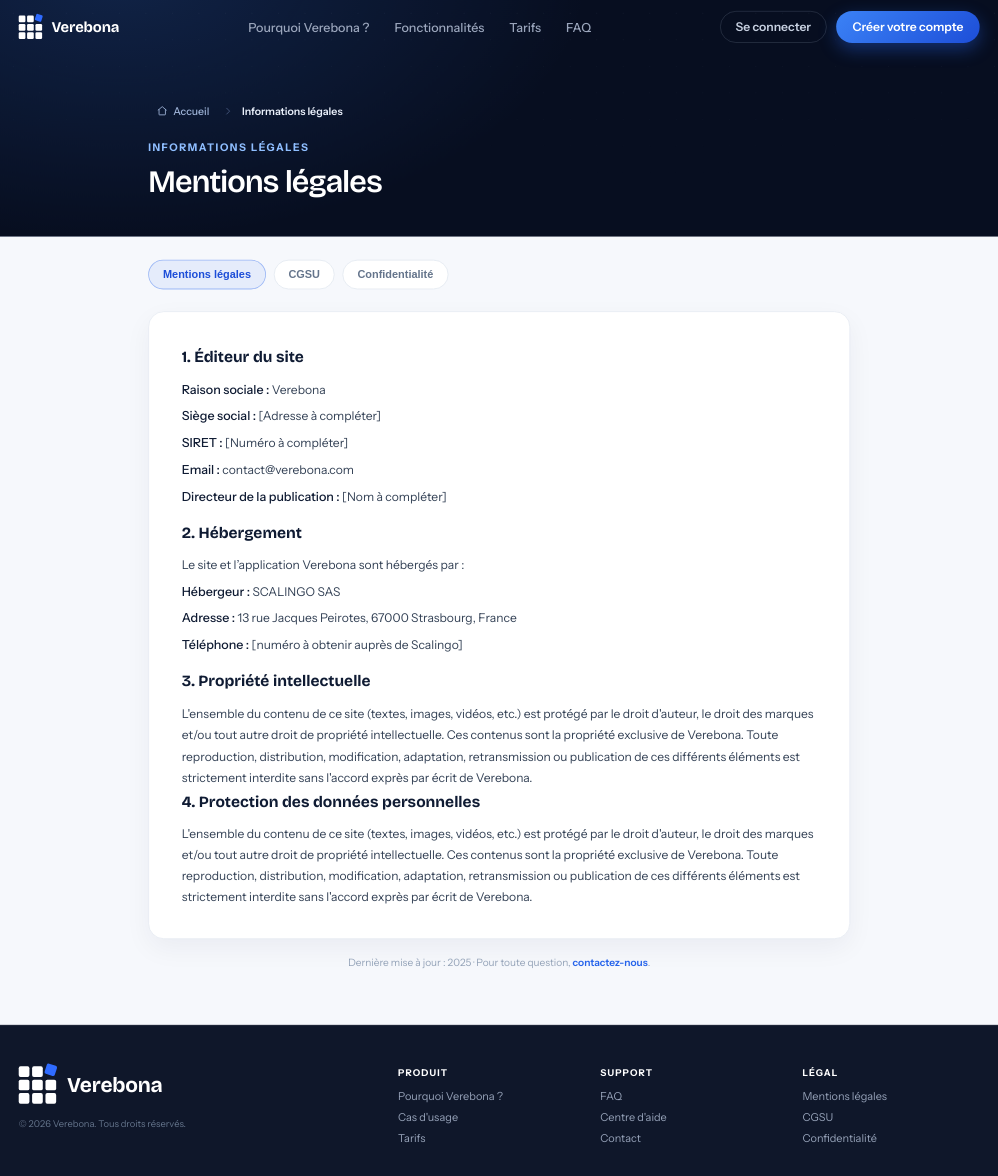
Repository: AdminVerebona/verebona-public
Page: /mentions-legales
An editor plug-in stored every save of this project. The page is shown before and after the next save, followed by the edit.
The browser window is 1280 px wide. The pictures show the whole page, at 78% of full size.
The project was rebuilt for these pictures with package versions that can differ from the ones it lists, and the page was loaded fresh each time. Also part of the build but not shown: next.config.mjs, vite.config.js, vite.config.ts, src/composables/useLanding.ts, src/sections/HeroSection.vue, src/sections/WhySection.vue, src/sections/UseCasesSection.vue, src/sections/FeaturesSection.vue and 6 more.

Above is the page before, as saved 2026-07-10 15:16:28.

### index.html
<!doctype html>
<html lang="fr">
  <head>
    <meta charset="UTF-8" />
    <meta name="viewport" content="width=device-width, initial-scale=1.0" />
    <title>Verebona — Centralisez, organisez, valorisez vos biens</title>
    <meta
      name="description"
      content="Verebona centralise vos biens, documents et échéances pour les retrouver facilement, anticiper les dates importantes et valoriser vos biens le moment venu."
    />
  </head>
  <body>
    <div id="app"></div>
    <script type="module" src="/src/main.ts"></script>
  </body>
</html>

### src/main.ts
import { createApp } from 'vue'
import App from './App.vue'
import router from './router'
import { vHover } from './directives/hover'
import './style.css'

createApp(App)
  .use(router)
  .directive('hover', vHover)
  .mount('#app')

### src/App.vue
<template>
  <div style="background:#070E20;color:#EAF0FB;overflow-x:hidden;min-height:100vh">
    <AppHeader />
    <router-view />
    <AppFooter />
  </div>
</template>

<script setup lang="ts">
import { onMounted, watch, nextTick } from 'vue'
import { useRoute } from 'vue-router'
import AppHeader from './components/AppHeader.vue'
import AppFooter from './components/AppFooter.vue'
import { useScrollReveal } from './composables/useScrollReveal'

const route = useRoute()
const { scan } = useScrollReveal()

onMounted(() => { scan() })

// Re-scan reveal targets whenever the route (page) changes.
watch(
  () => route.fullPath,
  () => { nextTick(() => setTimeout(scan, 60)) },
)
</script>

### src/router/index.ts
import { createRouter, createWebHistory } from 'vue-router'
import HomeView from '../views/HomeView.vue'

const routes = [
  { path: '/', name: 'home', component: HomeView },
  { path: '/aide', name: 'help', component: () => import('../views/HelpView.vue') },
  { path: '/contact', name: 'contact', component: () => import('../views/ContactView.vue') },
  { path: '/mentions-legales', name: 'legal-mentions', component: () => import('../views/LegalView.vue') },
  { path: '/cgu', name: 'legal-cgu', component: () => import('../views/LegalView.vue') },
  { path: '/confidentialite', name: 'legal-confid', component: () => import('../views/LegalView.vue') },
  { path: '/:pathMatch(.*)*', name: 'not-found', component: () => import('../views/NotFoundView.vue') },
]

const router = createRouter({
  history: createWebHistory(),
  routes,
  scrollBehavior(to) {
    if (to.hash) return { el: to.hash, behavior: 'smooth' }
    return { top: 0 }
  },
})

export default router

### src/directives/hover.ts
import type { Directive } from 'vue'

/**
 * v-hover — applies a set of inline styles while the pointer is over the
 * element, and restores the previous values on leave. Reproduces the
 * `style-hover` behaviour of the design prototype.
 *
 * Usage:  <a v-hover="{ color: '#fff', transform: 'translateY(-1px)' }">
 */
type HoverStyles = Record<string, string>

interface HoverEl extends HTMLElement {
  __hoverEnter?: () => void
  __hoverLeave?: () => void
}

export const vHover: Directive<HoverEl, HoverStyles> = {
  mounted(el, binding) {
    const styles = binding.value || {}
    const original: HoverStyles = {}

    const enter = () => {
      for (const key in styles) {
        original[key] = (el.style as any)[key]
        ;(el.style as any)[key] = styles[key]
      }
    }
    const leave = () => {
      for (const key in styles) {
        ;(el.style as any)[key] = original[key] || ''
      }
    }

    el.__hoverEnter = enter
    el.__hoverLeave = leave
    el.addEventListener('mouseenter', enter)
    el.addEventListener('mouseleave', leave)
  },
  unmounted(el) {
    if (el.__hoverEnter) el.removeEventListener('mouseenter', el.__hoverEnter)
    if (el.__hoverLeave) el.removeEventListener('mouseleave', el.__hoverLeave)
  },
}

### src/composables/useScrollReveal.ts
/**
 * Scroll-reveal: adds `.vb-in` to `.vb-reveal` / `.vb-rgroup` elements as they
 * enter the viewport (staggering the children of a group). Ported from the
 * prototype's IntersectionObserver logic. Honours prefers-reduced-motion and
 * has a safety timeout so content is never left hidden.
 */
let io: IntersectionObserver | null = null

const reduce =
  typeof window !== 'undefined' &&
  !!window.matchMedia &&
  window.matchMedia('(prefers-reduced-motion: reduce)').matches

if (!reduce && typeof document !== 'undefined') {
  document.documentElement.classList.add('vb-anim')
}

function revealAll() {
  document.querySelectorAll('.vb-reveal').forEach((e) => e.classList.add('vb-in'))
  document.querySelectorAll('.vb-rgroup > *').forEach((e) => e.classList.add('vb-in'))
}

function ensureObserver() {
  if (io || reduce || typeof window === 'undefined' || !('IntersectionObserver' in window)) return
  io = new IntersectionObserver(
    (entries) => {
      entries.forEach((entry) => {
        if (!entry.isIntersecting) return
        const el = entry.target as HTMLElement
        io!.unobserve(el)
        if (el.classList.contains('vb-rgroup')) {
          Array.from(el.children).forEach((c, i) => {
            ;(c as HTMLElement).style.transitionDelay = i * 90 + 'ms'
            c.classList.add('vb-in')
          })
        } else {
          el.classList.add('vb-in')
        }
      })
    },
    { threshold: 0.12, rootMargin: '0px 0px -8% 0px' },
  )
}

export function useScrollReveal() {
  function scan() {
    if (reduce || typeof window === 'undefined' || !('IntersectionObserver' in window)) {
      revealAll()
      return
    }
    ensureObserver()
    document.querySelectorAll('.vb-reveal, .vb-rgroup').forEach((el) => io!.observe(el))
    // Safety net: never leave content hidden.
    window.setTimeout(revealAll, 2200)
  }
  return { scan }
}

### src/views/LegalView.vue
<template>
<section style="position:relative;padding:128px 24px 48px;overflow:hidden;background:radial-gradient(1000px 560px at 12% -10%,rgba(59,130,246,.18),transparent 60%),#070E20">
  <div style="position:absolute;inset:0;background-image:radial-gradient(rgba(148,163,184,.09) 1px,transparent 1px);background-size:34px 34px;-webkit-mask-image:linear-gradient(to bottom,#000,transparent 85%);mask-image:linear-gradient(to bottom,#000,transparent 85%);pointer-events:none"></div>
  <div style="max-width:900px;margin:0 auto;position:relative">
    <nav aria-label="Fil d'Ariane" style="margin-bottom:24px"><ol style="display:flex;align-items:center;gap:6px;list-style:none;margin:0;padding:0;font-size:13.5px"><li style="display:flex;align-items:center"><a href="#" @click.prevent="goHome" style="display:inline-flex;align-items:center;gap:7px;color:#9FB4D8;font-weight:500;padding:6px 11px;border-radius:9px;cursor:pointer;transition:color .15s,background .15s" v-hover="{color:'#fff',background:'rgba(255,255,255,.06)'}"><svg width="14" height="14" viewBox="0 0 24 24" fill="none" stroke="currentColor" stroke-width="1.9" stroke-linecap="round" stroke-linejoin="round"><path d="M3 10.5 12 3l9 7.5"/><path d="M5 9.5V20a1 1 0 0 0 1 1h12a1 1 0 0 0 1-1V9.5"/></svg>Accueil</a></li><li aria-hidden="true" style="display:flex;color:#42557A"><svg width="15" height="15" viewBox="0 0 24 24" fill="none" stroke="currentColor" stroke-width="2" stroke-linecap="round" stroke-linejoin="round"><path d="M9 6l6 6-6 6"/></svg></li><li aria-current="page" style="color:#EAF0FB;font-weight:600;padding:6px 4px">{{ crumbLabel }}</li></ol></nav>
    <div style="font-size:13.5px;letter-spacing:.15em;text-transform:uppercase;font-weight:800;color:#8FBEFF;margin-bottom:16px">Informations légales</div>
    <h1 style="font-size:40px;line-height:1.08;font-weight:600;letter-spacing:-.025em;color:#fff">{{ legalTitle }}</h1>
  </div>
</section>
<section style="background:#F6F8FC;padding:30px 24px 72px">
  <div style="max-width:900px;margin:0 auto">
    <div style="display:flex;flex-wrap:wrap;gap:10px;margin-bottom:28px">
      <button type="button" :style="legalMentionsStyle" @click.prevent="goMentions">Mentions légales</button>
      <button type="button" :style="legalCGUStyle" @click.prevent="goCGU">CGSU</button>
      <button type="button" :style="legalConfidStyle" @click.prevent="goConfid">Confidentialité</button>
    </div>
    <div style="background:#fff;border:1px solid #E6EBF3;border-radius:20px;padding:40px 42px;box-shadow:0 12px 34px rgba(15,27,51,.05)">
      <template v-if="isMentions">
        <div style="font-size:15.5px;line-height:1.75;color:#334155">
          <h2 style="font-size:20px;font-weight:700;color:#0F1B33;font-family:'Bricolage Grotesque',sans-serif;margin:0 0 10px">1. Éditeur du site</h2>
          <p style="margin:0 0 6px"><span style="font-size:16px;font-weight:500;color:#0F1B33">Raison sociale :</span> Verebona</p>
          <p style="margin:0 0 6px"><span style="font-size:16px;font-weight:500;color:#0F1B33">Siège social :</span> [Adresse à compléter]</p>
          <p style="margin:0 0 6px"><span style="font-size:16px;font-weight:500;color:#0F1B33">SIRET :</span> [Numéro à compléter]</p>
          <p style="margin:0 0 6px"><span style="font-size:16px;font-weight:500;color:#0F1B33">Email :</span> contact@verebona.com</p>
          <p style="margin:0 0 16px"><span style="font-size:16px;font-weight:500;color:#0F1B33">Directeur de la publication :</span> [Nom à compléter]</p>
          <h2 style="font-size:20px;font-weight:700;color:#0F1B33;font-family:'Bricolage Grotesque',sans-serif;margin:0 0 10px">2. Hébergement</h2>
          <p style="margin:0 0 6px">Le site et l’application Verebona sont hébergés par : </p>
          <p style="margin:0 0 6px"><span style="font-size:16px;font-weight:500;color:#0F1B33">Hébergeur :</span> SCALINGO SAS</p>
          <p style="margin:0 0 6px"><span style="font-size:16px;font-weight:500;color:#0F1B33">Adresse :</span> 13 rue Jacques Peirotes, 67000 Strasbourg, France</p>
          <p style="margin:0 0 16px"><span style="font-size:16px;font-weight:500;color:#0F1B33">Téléphone :</span> [numéro à obtenir auprès de Scalingo]</p>
          <h2 style="font-size:20px;font-weight:700;color:#0F1B33;font-family:'Bricolage Grotesque',sans-serif;margin:0 0 10px">3. Propriété intellectuelle</h2>
          <p style="margin:0">L'ensemble du contenu de ce site (textes, images, vidéos, etc.) est protégé par le droit d'auteur, le droit des marques et/ou tout autre droit de propriété intellectuelle. Ces contenus sont la propriété exclusive de Verebona. Toute reproduction, distribution, modification, adaptation, retransmission ou publication de ces différents éléments est strictement interdite sans l'accord exprès par écrit de Verebona.</p>
        <h2 style="font-size:20px;font-weight:700;color:#0F1B33;font-family:'Bricolage Grotesque',sans-serif;margin:0 0 10px">4. Protection des données personnelles</h2>
          <p style="margin:0">L'ensemble du contenu de ce site (textes, images, vidéos, etc.) est protégé par le droit d'auteur, le droit des marques et/ou tout autre droit de propriété intellectuelle. Ces contenus sont la propriété exclusive de Verebona. Toute reproduction, distribution, modification, adaptation, retransmission ou publication de ces différents éléments est strictement interdite sans l'accord exprès par écrit de Verebona.</p>

        </div>
      </template>
      <template v-if="isCGU">
        <div style="font-size:15.5px;line-height:1.75;color:#334155">
          <h2 style="font-size:20px;font-weight:700;color:#0F1B33;font-family:'Bricolage Grotesque',sans-serif;margin:0 0 10px">1. Objet</h2>
          <p style="margin:0 0 22px">Les présentes conditions générales de service et d'utilisation (CGSU) définissent les modalités d'accès et d'utilisation de la plateforme Verebona, service de centralisation et d'organisation documentaire du patrimoine.</p>
          <h2 style="font-size:20px;font-weight:700;color:#0F1B33;font-family:'Bricolage Grotesque',sans-serif;margin:0 0 10px">2. Compte et abonnement</h2>
          <p style="margin:0 0 22px">L'accès au service nécessite la création d'un compte et la souscription d'une offre. L'utilisateur s'engage à fournir des informations exactes et à préserver la confidentialité de ses identifiants.</p>
          <h2 style="font-size:20px;font-weight:700;color:#0F1B33;font-family:'Bricolage Grotesque',sans-serif;margin:0 0 10px">3. Nature du service</h2>
          <p style="margin:0 0 22px">Verebona est une plateforme d'organisation. Les documents importés ne sont ni certifiés, ni validés, ni garantis juridiquement. L'utilisateur reste seul responsable de l'exactitude des informations qu'il enregistre.</p>
          <h2 style="font-size:20px;font-weight:700;color:#0F1B33;font-family:'Bricolage Grotesque',sans-serif;margin:0 0 10px">4. Responsabilités</h2>
          <p style="margin:0 0 22px">Verebona met en œuvre les moyens raisonnables pour assurer la disponibilité et la sécurité du service, sans obligation de résultat concernant une disponibilité ininterrompue.</p>
          <h2 style="font-size:20px;font-weight:700;color:#0F1B33;font-family:'Bricolage Grotesque',sans-serif;margin:0 0 10px">5. Résiliation</h2>
          <p style="margin:0">L'utilisateur peut résilier son abonnement à tout moment. Des modalités de récupération des données sont prévues afin d'éviter tout verrouillage à la fin du contrat.</p>
        </div>
      </template>
      <template v-if="isConfid">
        <div style="font-size:15.5px;line-height:1.75;color:#334155">
          <h2 style="font-size:20px;font-weight:700;color:#0F1B33;font-family:'Bricolage Grotesque',sans-serif;margin:0 0 10px">Données collectées</h2>
          <p style="margin:0 0 22px">Verebona collecte les données nécessaires au fonctionnement du service : informations de compte, contenus importés (fiches de biens, documents) et données d'usage strictement utiles à l'amélioration du service.</p>
          <h2 style="font-size:20px;font-weight:700;color:#0F1B33;font-family:'Bricolage Grotesque',sans-serif;margin:0 0 10px">Finalités</h2>
          <p style="margin:0 0 22px">Les données sont traitées pour fournir le service, assurer la sécurité, et répondre aux obligations légales. Elles ne sont jamais cédées à des tiers à des fins commerciales.</p>
          <h2 style="font-size:20px;font-weight:700;color:#0F1B33;font-family:'Bricolage Grotesque',sans-serif;margin:0 0 10px">Sécurité</h2>
          <p style="margin:0 0 22px">Vos données sont chiffrées lors du stockage et des échanges, et hébergées sur une infrastructure sécurisée au sein de l'Union européenne.</p>
          <h2 style="font-size:20px;font-weight:700;color:#0F1B33;font-family:'Bricolage Grotesque',sans-serif;margin:0 0 10px">Vos droits</h2>
          <p style="margin:0">Conformément au RGPD, vous disposez d'un droit d'accès, de rectification, de portabilité et de suppression de vos données. Pour exercer ces droits, écrivez à contact@verebona.com.</p>
        </div>
      </template>
    </div>
    <p style="font-size:13px;color:#94A3B8;margin-top:22px;text-align:center">Dernière mise à jour : 2025 · Pour toute question, <a href="#" @click.prevent="goContact" style="color:#2563EB;font-weight:600">contactez-nous</a>.</p>
  </div>
</section>
</template>

<script setup lang="ts">
import { useLegal } from '../composables/useLegal'
import { useNav } from '../composables/useNav'
const { isMentions, isCGU, isConfid, legalTitle, legalMentionsStyle, legalCGUStyle, legalConfidStyle, crumbLabel } = useLegal()
const { goHome, goContact, goMentions, goCGU, goConfid } = useNav()
</script>

### src/composables/useNav.ts
import { ref, computed, nextTick } from 'vue'
import { useRouter, useRoute } from 'vue-router'

// Shared across header + footer + mobile menu.
const menuOpen = ref(false)

/**
 * useNav — header/footer navigation. Page links use vue-router; the four
 * in-page section links (Pourquoi / Fonctionnalités / Tarifs / FAQ) route to
 * home first if needed, then smooth-scroll to the anchor.
 */
export function useNav() {
  const router = useRouter()
  const route = useRoute()

  const toggleMenu = () => { menuOpen.value = !menuOpen.value }
  const closeMenu = () => { menuOpen.value = false }

  function scrollToId(id: string) {
    const el = document.getElementById(id)
    if (el && el.scrollIntoView) {
      try { el.scrollIntoView({ behavior: 'smooth', block: 'start' }) } catch { /* noop */ }
    }
  }
  function goToAnchor(id: string) {
    closeMenu()
    if (route.path !== '/') {
      router.push('/').then(() => nextTick(() => setTimeout(() => scrollToId(id), 80)))
    } else {
      scrollToId(id)
    }
  }

  const goHome = () => { closeMenu(); router.push('/') }
  const goAide = () => { closeMenu(); router.push('/aide') }
  const goContact = () => { closeMenu(); router.push('/contact') }
  const goMentions = () => { closeMenu(); router.push('/mentions-legales') }
  const goCGU = () => { closeMenu(); router.push('/cgu') }
  const goConfid = () => { closeMenu(); router.push('/confidentialite') }

  const navPourquoi = () => goToAnchor('pourquoi')
  const navFeatures = () => goToAnchor('features')
  const navPricing = () => goToAnchor('pricing')
  const navFaq = () => goToAnchor('faq')
  const navCasUsage = () => goToAnchor('cas-usage')

  const burgerBase = 'display:block;width:20px;height:2px;border-radius:2px;background:#fff;transition:transform .25s,opacity .25s;'
  const burgerTop = computed(() => burgerBase + 'transform:' + (menuOpen.value ? 'translateY(6px) rotate(45deg)' : 'none'))
  const burgerMid = computed(() => burgerBase + 'opacity:' + (menuOpen.value ? '0' : '1'))
  const burgerBot = computed(() => burgerBase + 'transform:' + (menuOpen.value ? 'translateY(-6px) rotate(-45deg)' : 'none'))

  return {
    menuOpen, toggleMenu, closeMenu,
    goHome, goAide, goContact, goMentions, goCGU, goConfid,
    navPourquoi, navFeatures, navPricing, navFaq, navCasUsage,
    burgerTop, burgerMid, burgerBot,
  }
}

### src/composables/useLegal.ts
import { computed } from 'vue'
import { useRoute } from 'vue-router'

/**
 * Legal page — a single view with three tabs (mentions / cgu / confid),
 * each mapped to its own route so they are independently linkable & indexable:
 *   /mentions-legales   /cgu   /confidentialite
 */
export function useLegal() {
  const route = useRoute()

  const tab = computed<'mentions' | 'cgu' | 'confid'>(() => {
    if (route.path.includes('cgu')) return 'cgu'
    if (route.path.includes('confidentialite')) return 'confid'
    return 'mentions'
  })

  const isMentions = computed(() => tab.value === 'mentions')
  const isCGU = computed(() => tab.value === 'cgu')
  const isConfid = computed(() => tab.value === 'confid')

  const legalTitle = computed(() =>
    tab.value === 'cgu'
      ? "Conditions générales de service et d'utilisation"
      : tab.value === 'confid'
        ? 'Politique de confidentialité'
        : 'Mentions légales',
  )

  const tabStyle = (a: boolean) =>
    `padding:10px 18px;border-radius:999px;font-size:14px;font-weight:600;cursor:pointer;border:1px solid ${a ? 'rgba(37,99,235,.4)' : '#E2E8F0'};background:${a ? 'rgba(37,99,235,.08)' : '#fff'};color:${a ? '#1D4ED8' : '#64748B'};transition:all .15s`

  const legalMentionsStyle = computed(() => tabStyle(isMentions.value))
  const legalCGUStyle = computed(() => tabStyle(isCGU.value))
  const legalConfidStyle = computed(() => tabStyle(isConfid.value))

  return {
    isMentions, isCGU, isConfid, legalTitle,
    legalMentionsStyle, legalCGUStyle, legalConfidStyle,
    crumbLabel: 'Informations légales',
  }
}

Loaded but not shown: src/components/AppHeader.vue (68 lines, source omitted); src/components/AppFooter.vue (21 lines, source omitted); src/style.css (59 lines, source omitted)

After the next save:
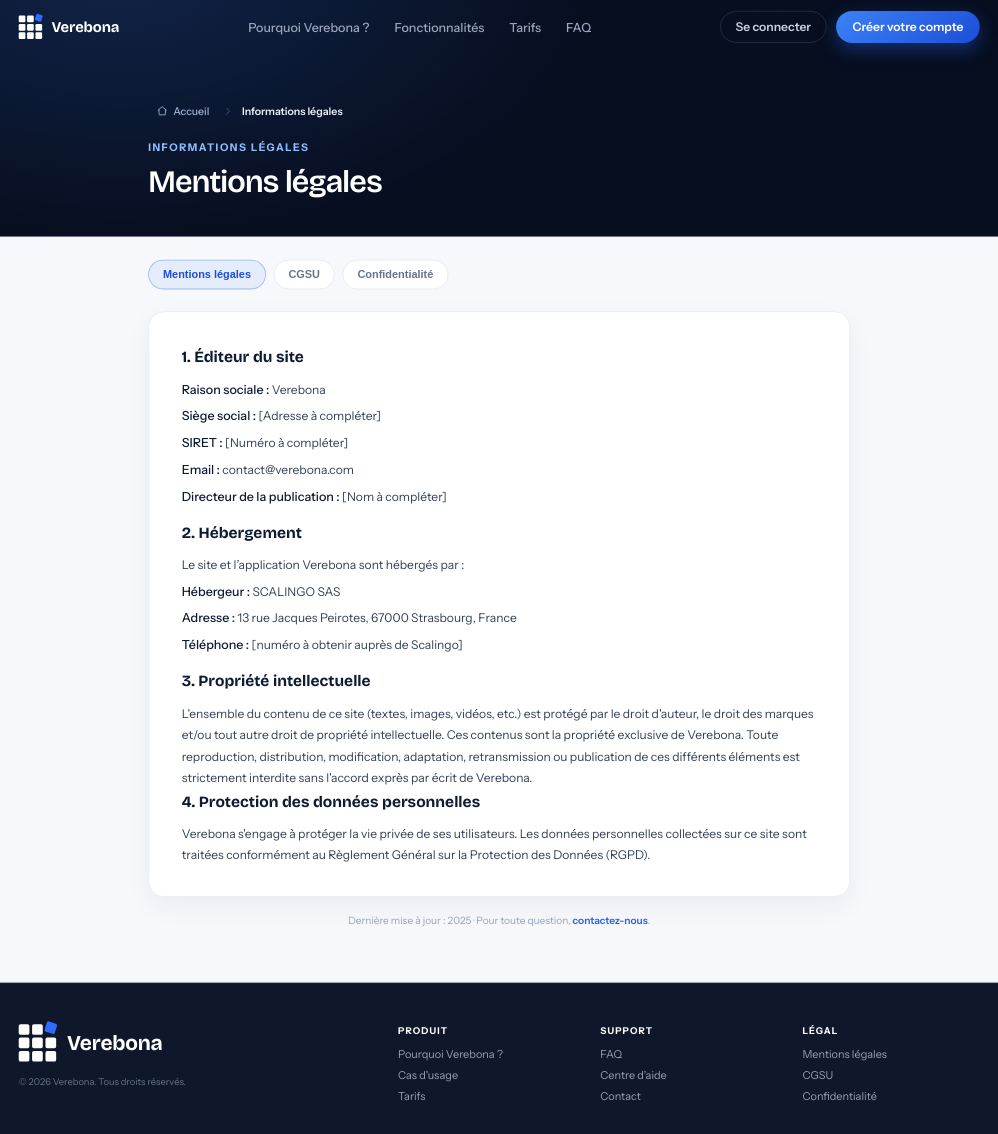
Saved 15 s later.
--- a/src/views/LegalView.vue
+++ b/src/views/LegalView.vue
@@ -31,7 +31,7 @@
           <h2 style="font-size:20px;font-weight:700;color:#0F1B33;font-family:'Bricolage Grotesque',sans-serif;margin:0 0 10px">3. Propriété intellectuelle</h2>
           <p style="margin:0">L'ensemble du contenu de ce site (textes, images, vidéos, etc.) est protégé par le droit d'auteur, le droit des marques et/ou tout autre droit de propriété intellectuelle. Ces contenus sont la propriété exclusive de Verebona. Toute reproduction, distribution, modification, adaptation, retransmission ou publication de ces différents éléments est strictement interdite sans l'accord exprès par écrit de Verebona.</p>
         <h2 style="font-size:20px;font-weight:700;color:#0F1B33;font-family:'Bricolage Grotesque',sans-serif;margin:0 0 10px">4. Protection des données personnelles</h2>
-          <p style="margin:0">L'ensemble du contenu de ce site (textes, images, vidéos, etc.) est protégé par le droit d'auteur, le droit des marques et/ou tout autre droit de propriété intellectuelle. Ces contenus sont la propriété exclusive de Verebona. Toute reproduction, distribution, modification, adaptation, retransmission ou publication de ces différents éléments est strictement interdite sans l'accord exprès par écrit de Verebona.</p>
+          <p style="margin:0">Verebona s'engage à protéger la vie privée de ses utilisateurs. Les données personnelles collectées sur ce site sont traitées conformément au Règlement Général sur la Protection des Données (RGPD).</p>
 
         </div>
       </template>
